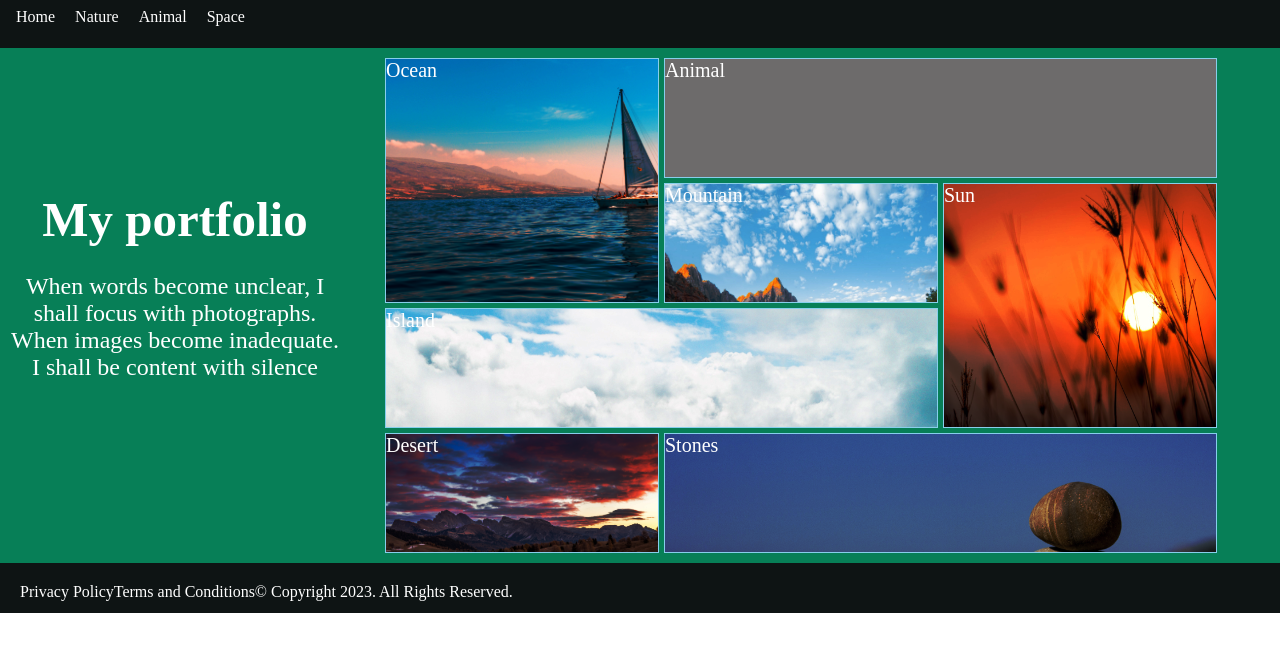
Repository: suraj-yadav7/03_Gallery_Portfolio
Page: index.html
The author's editor kept a copy of each file at every save. The page is drawn from the files as they stood at one save, then again after the next save.
The browser window is 1280 px wide. The pictures show the whole page.
Pictures or frames that could not be fetched are drawn as grey boxes. Some web fonts or font styles are not loaded; a fallback is used.

Above is the page before, as saved 2023-02-14 21:44:09.

### index.html
<!DOCTYPE html>
<html lang="en">
<head>
    <meta charset="UTF-8">
    <meta http-equiv="X-UA-Compatible" content="IE=edge">
    <meta name="viewport" content="width=device-width, initial-scale=1.0">
    <title>Gallery</title>
    <link rel="stylesheet" href="style.css">
</head>
<body>
    <nav class="nav-section">
        <div class="nav-container">
        <ul class="nav-item flex">
            <li>    <a href="#">Home</a>   </li>
            <li>    <a href="#">Nature</a> </li>
            <li>    <a href="#">Animal</a> </li>
            <li>    <a href="#">Space</a> </li>
        </ul>
        </div>
    </nav>

        <div class="container flex">
            <div class="header-text">
                <h1 class="heading">My portfolio</h1>
                <p class="para">When words become unclear, I shall focus with photographs. When images become inadequate. I shall be content with silence</p>
            </div>
            <div class="gallery-layout">
                <div class="box" id="box1">Ocean</div>
                <div class="box" id="box2">Animal</div>
                <div class="box" id="box3">Mountain</div>
                <div class="box" id="box4">Sun</div>
                <div class="box" id="box5">Island</div>
                <div class="box" id="box6">Desert</div>
                <div class="box" id="box7">Stones</div>
            </div>
        </div>
        <footer>
            <div class="footer flex">
                <a>Privacy Policy</a>
                <a>Terms and Conditions</a>
                <a>© Copyright 2023. All Rights Reserved.</a>
            </div>
        </footer>
</body>
</html>

### style.css
@import url('https://fonts.googleapis.com/css2?family=Bodoni+Moda:ital,opsz@0,6..96;1,6..96&display=swap');

*{
    margin: 0;
    padding: 0;
    box-sizing: border-box;
}

:root{
    --primary-text-color: #1a0000;
    --secondary-text-color:  #33331a;
    --accent-color:  #cc99ff;
    --accent-dark-color: #4d88ff;
    --padding-inline-section: 20px;
}


/* Utility */


a{
    text-decoration: none;
    color: rgb(255, 255, 255);


}

.flex{
    display: flex;
    align-items: center;

}

/* Nav section */
.nav-container{
    background-color: rgb(14, 20, 20);
    padding: 1rem;
    font-family: 'Bodoni Moda', serif;
    font-size: 1rem;
    height: 3rem;


}
.nav-item{
    gap: 20px;
    list-style: none;
    margin-top: -0.5rem;
}
a:hover{
    color:#fff;
}

/*main -section */
.container{
    background-color: rgb(7, 127, 87);
    padding-block: 10px;
    gap: 35px;
    font-family: "bodoni modo" ;

}
.header-text{
    height: 250px;
   width: 350px;
    color: white;
    text-align: center;
    padding: 10px;

}
.heading{
    font-size: 49px;
}
.para{
    margin-top: 25px;
    font-size: 1.5rem;
}
.gallery-layout{
    display: grid;
    row-gap: 5px;
    column-gap: 5px;
    grid-template-columns: repeat(3, 1fr);
    grid-auto-rows: 120px;
    flex-basis: 65%;

}

.box{
    background-color: rgb(63, 60, 60);
    border: 1px solid skyblue;
    background-size: cover;
    background-position: top;
    background-blend-mode: hard-light;
    transition: all 1s ease-in-out;
    cursor: pointer;
    color: white;
    font-size: 20px;


}
.box:hover{
    background-color:rgb(210, 204, 204) ;
    background-position: center;

    box-shadow: 0 0 4px #fff;

}

#box1{
    grid-row: span 2;
    background-image: url("images/pexels-szelei-robert-1482193.jpg");


}

#box2{
    grid-column: span 2;
    background-image: url("images/pexels-dsd-1829979.jpg");

}
#box3{
    background-image: url("images/pexels-michael-block-3225517.jpg");

}

#box4{
    grid-row: span 2;
    background-image: url("images/pexels-darwis-alwan-1454752.jpg");
}

#box5{
    grid-column: span 2;
    background-image: url("images/pexels-michael-block-3225524.jpg");

}
#box6{
    background-image: url("images/pexels-michal-lizuch-2919720.jpg");

}

#box7{
    grid-column: span 2;
    background-image: url("images/pexels-pixabay-235990.jpg");

}


/* Footer */
footer{
    height: 50px;
    max-width: 100%;
    background-color: rgb(14, 20, 20);
    padding: var(--padding-inline-section);
    font-family: 'Bodoni Moda', serif;
    font-size: 1rem;
}
footer a{
padding-bottom: 0 20px;
}
/* media queries for Mobile Responsiveness */

@media screen and (max-width: 1024px){

    .container{
        flex-direction: column;
        padding: 20px;
    }
    .box{
        grid-column: span 3;
        grid-row: span 1;

    }
.gallery-layout{
    margin-top:-20px;
    width: 100%;
    grid-auto-rows: 100px;
    padding-inline: 12px;
    row-gap: 10px;

}
#box2, #box5, #box7{
    grid-column: span 3;
}

}

After the next save:
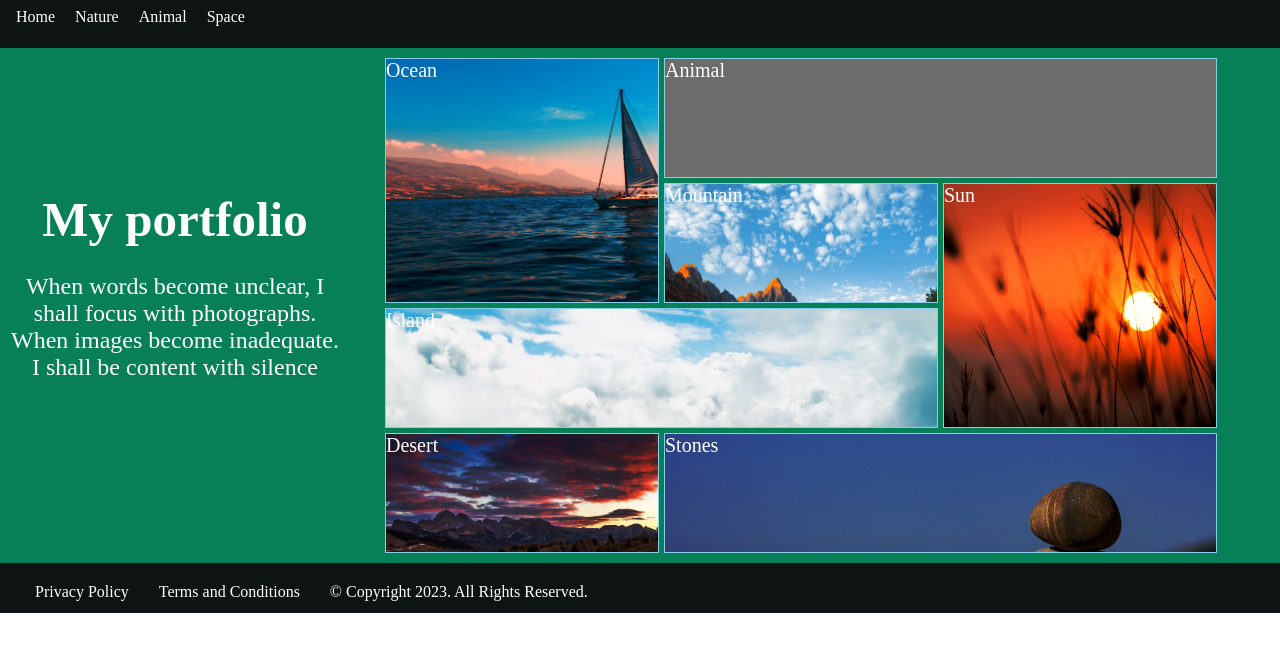
Saved 30 s later.
--- a/style.css
+++ b/style.css
@@ -154,6 +154,7 @@ footer{
 }
 footer a{
 padding-bottom: 0 20px;
+margin: 0 15px;
 }
 /* media queries for Mobile Responsiveness */
 
